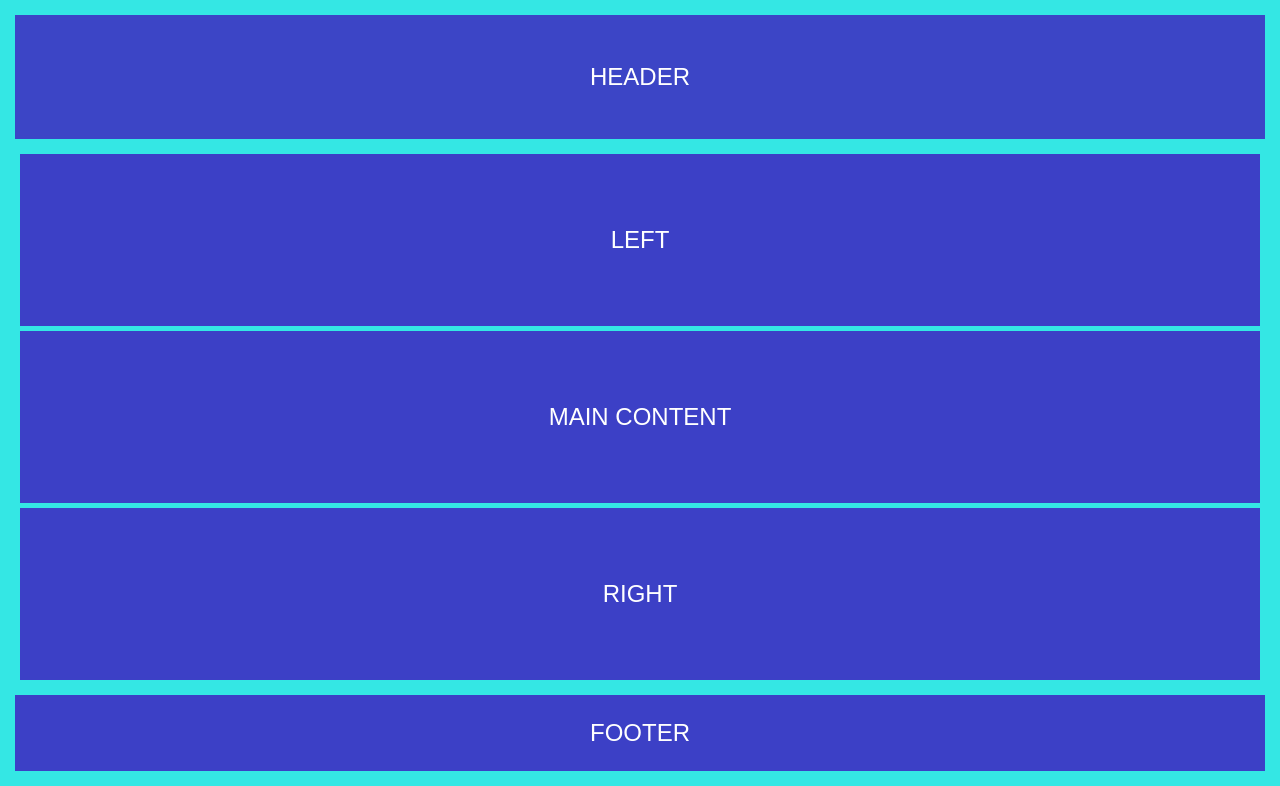
Repository: Badynko/tennis-website
Page: index.html
The author's editor kept a copy of each file at every save. The page is drawn from the files as they stood at one save, then again after the next save.
The browser window is 1280 px wide. The pictures show the whole page.

Above is the page before, as saved 2024-08-01 19:07:40.

### index.html
<!DOCTYPE html>
<html lang="en">
  <head>
    <meta charset="UTF-8" />
    <meta name="viewport" content="width=device-width, initial-scale=1.0" />
    <title>Výsledky zápasov 2024</title>
    <link rel="stylesheet" href="css/style.css" />
  </head>
  <body>
    <header>HEADER</header>
    <div class="main">
      <aside class="left">LEFT</aside>
      <main>MAIN CONTENT</main>
      <aside class="right">RIGHT</aside>
    </div>
    <footer>FOOTER</footer>
  </body>
</html>

### css/style.css
* {
  margin: 5px;
  box-sizing: border-box;
}

body {
  background: #34e7e4;
  font-family: sans-serif;
  text-align: center;
  color: white;
  font-size: 24px;
  display: flex;
  flex-direction: column;
}

header {
  background: #3c45c6;
  padding: 2em 0 2em 0;
}

.left {
  background: #3c40c6;
  padding: 3em 0 3em 0;
}

main {
  background: #3c40c6;
  padding: 3em 0 3em 0;
}

.right {
  background: #3c40c6;
  padding: 3em 0 3em 0;
}

footer {
  background: #3c40c6;
  padding: 1em 0 1em 0;
}

After the next save:
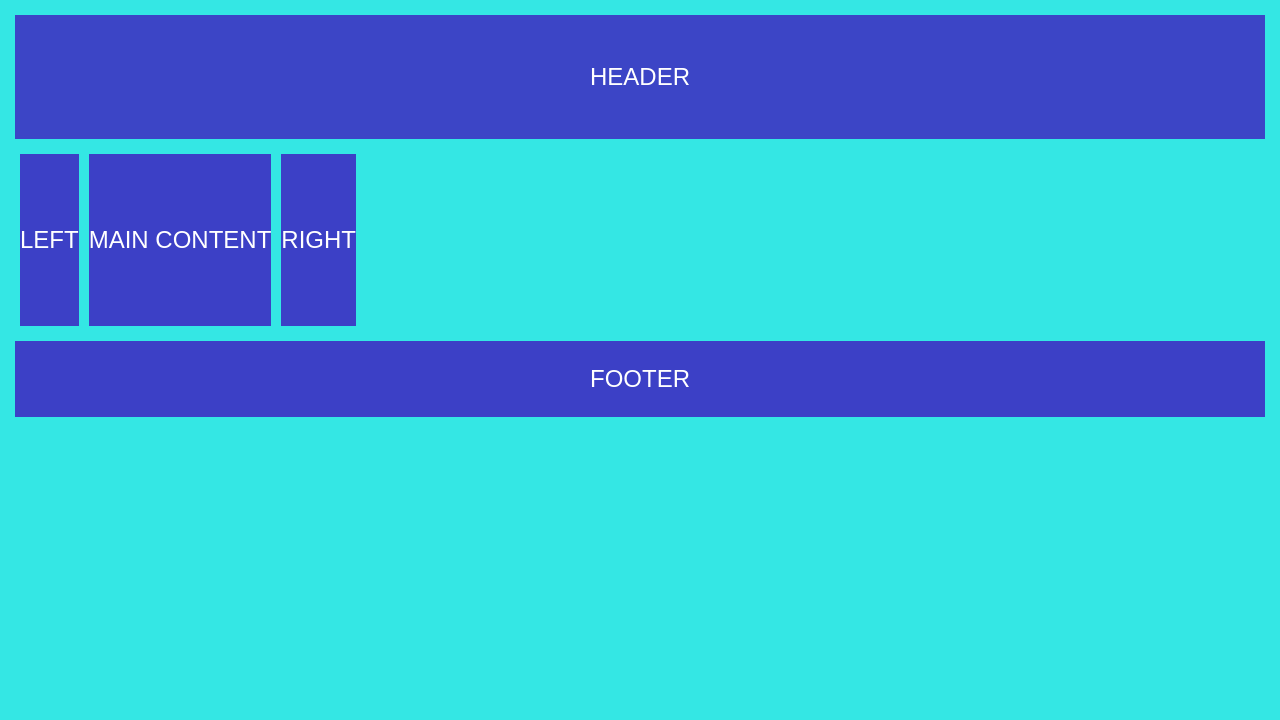
Saved 56 s later.
--- a/css/style.css
+++ b/css/style.css
@@ -16,6 +16,11 @@
 header {
   background: #3c45c6;
   padding: 2em 0 2em 0;
+}
+
+.main {
+  display: flex;
+  flex: 1;
 }
 
 .left {
